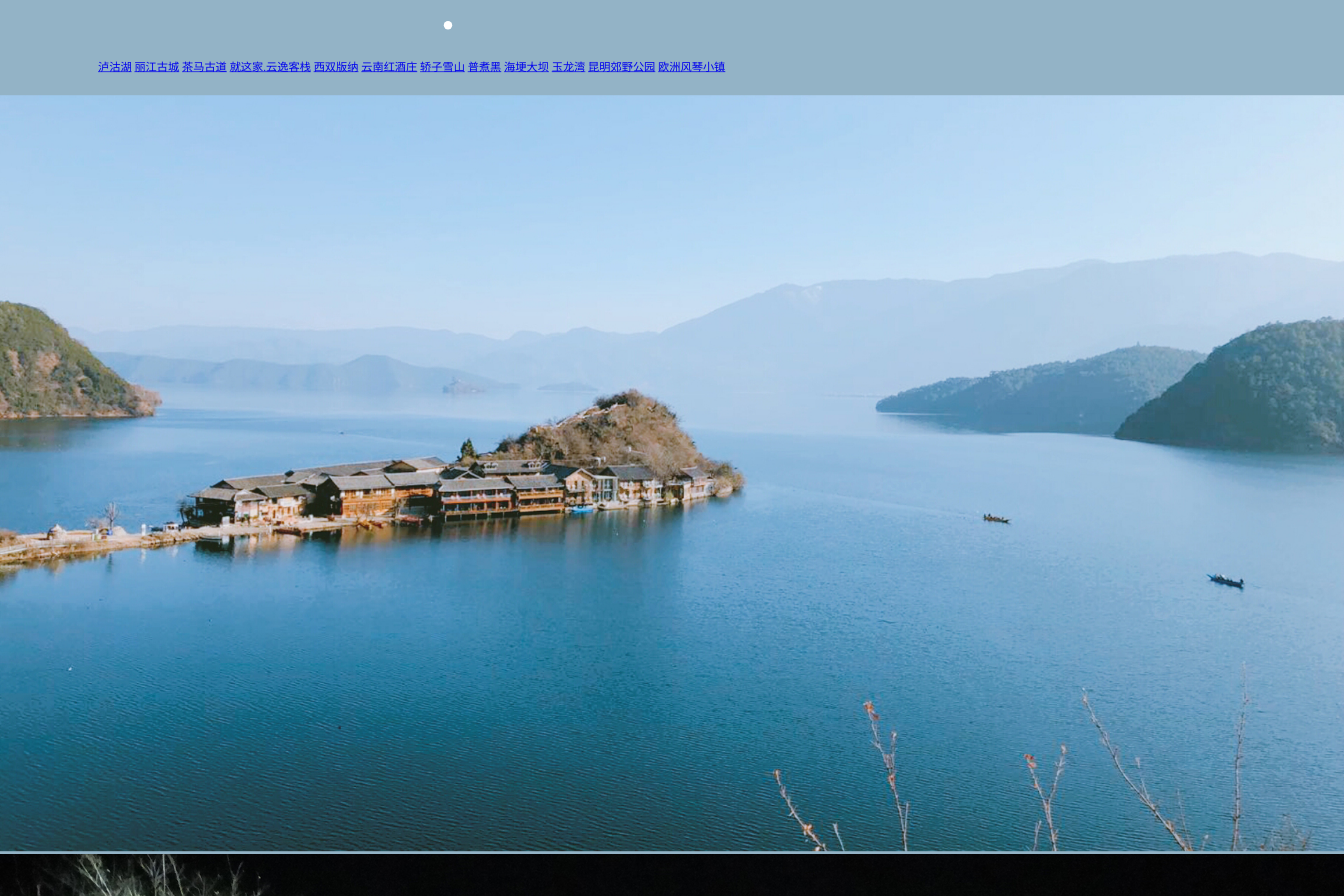
Repository: zhenzhen-gong/-jQuerydemo
Page: index.html
These files come from the project's save history. The page is drawn as it stood at one moment and after the next save; the edit follows.
The browser window is 1280 px wide. The page is 1920 px wide, so the pictures cover 1920 px, including what lies to the right of the window. The pictures show the part of the page from y = 0 to 1280 px (the page is 13144 px tall), at 70% of full size.

Above is the page before, as saved 2020-06-05 11:22:10.

After the next save:
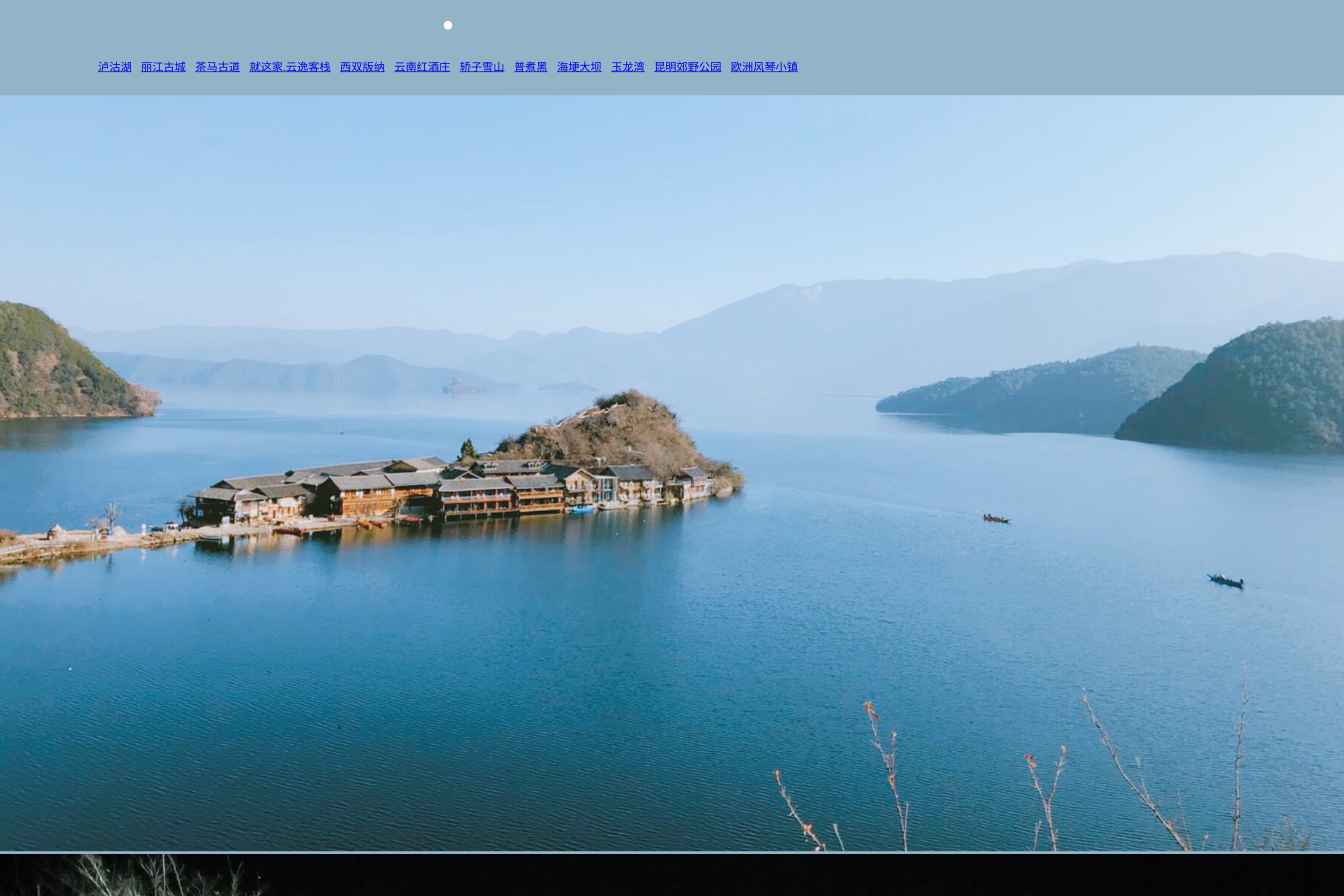
Saved 2 min 15 s later.
--- a/style.css
+++ b/style.css
@@ -15,4 +15,6 @@ body{
 nav{
     width: 78.125vw;
     margin: 0 auto 30px;
+    display: flex;
+    justify-content: space-between;
 }
